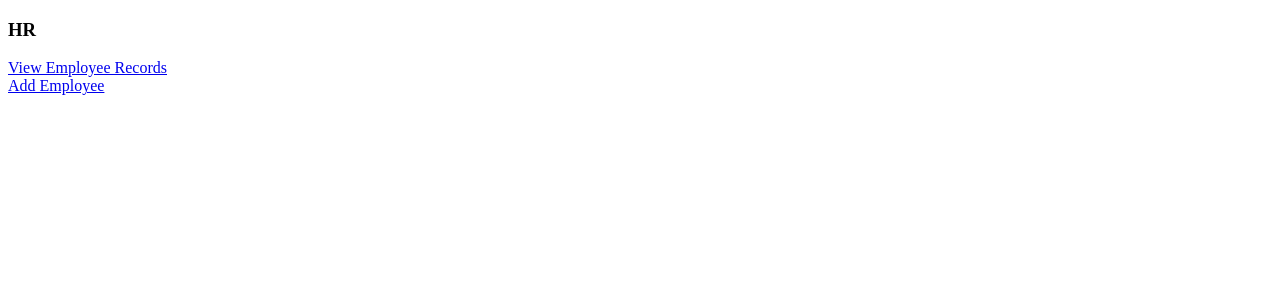
Repository: TarunSinghD/Object-Oriented-Design-Final-Project
Page: http://localhost/LeaveManagement/JSP/HR.jsp
The author's editor kept a copy of each file at every save. The page is drawn from the files as they stood at one save, then again after the next save.
The browser window is 1280 px wide. The pictures show the whole page.
The page is served by Tomcat 9. Nobody is signed in. The application's start-up code is not run.

Above is the page before, as saved 2018-04-15 18:56:51.

After the next save:
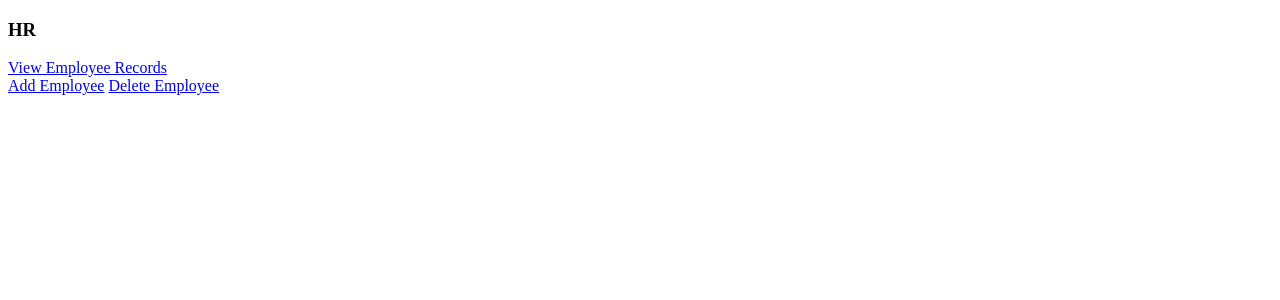
Saved 2 min 48 s later.
--- a/LeaveManagement/WebContent/JSP/HR.jsp
+++ b/LeaveManagement/WebContent/JSP/HR.jsp
@@ -10,5 +10,6 @@
 <h3>HR</h3>
 <a href="/LeaveManagement/JSP/EmployeeRecords.jsp">View Employee Records</a><br/>
 <a href="/LeaveManagement/JSP/AddEmployee.jsp">Add Employee</a>
+<a href="/LeaveManagement/JSP/DeleteEmployee.jsp">Delete Employee</a>
 </body>
 </html>
